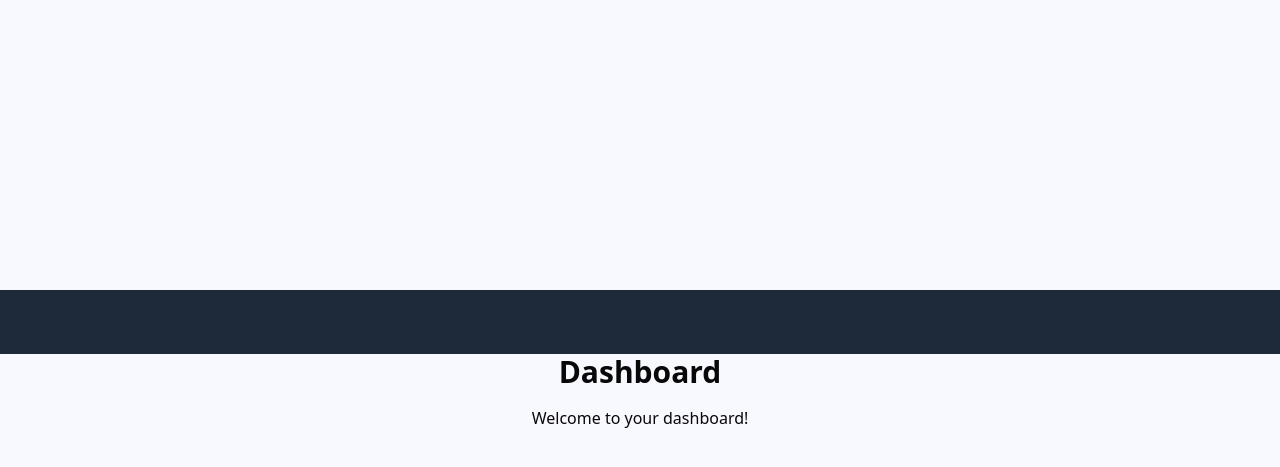
Repository: Renzo-Salosagcol/cog_tracker
Page: /dashboard
An editor plug-in stored every save of this project. The page is shown before and after the next save, followed by the edit.
The browser window is 1280 px wide. The pictures show the whole page.
The project was rebuilt for these pictures with package versions that can differ from the ones it lists, and the page was loaded fresh each time. The framework's server and built-in components were replaced by stand-ins that run in the browser. Also part of the build but not shown: next.config.ts.

Above is the page before, as saved 2025-12-23 21:22:24.

### app/layout.tsx
import type { Metadata } from "next";
import { Geist, Geist_Mono } from "next/font/google";
import "./globals.css";

const geistSans = Geist({
  variable: "--font-geist-sans",
  subsets: ["latin"],
});

const geistMono = Geist_Mono({
  variable: "--font-geist-mono",
  subsets: ["latin"],
});

export const metadata: Metadata = {
  title: "COG Tracker",
  description: "COG tracker created to track client owned goods in a centralized and easily accessible way",
};

export default function RootLayout({
  children,
}: Readonly<{
  children: React.ReactNode;
}>) {
  return (
    <html lang="en">
      <body
        className={`${geistSans.variable} ${geistMono.variable} antialiased`}
      >
        {children}
      </body>
    </html>
  );
}

### app/dashboard/page.tsx
import { Navbar } from "@/components/navbar";

export default function DashboardPage() {
  return (
    <div className="root-page-element bg-background">
      <Navbar />
      <h1 className="text-3xl font-bold mb-4">Dashboard</h1>
      <p>Welcome to your dashboard!</p>
    </div>
  );
}

### app/globals.css
@import "tailwindcss";
@import "tw-animate-css";

@custom-variant dark (&:is(.dark *));

@theme inline {
  --radius-sm: calc(var(--radius) - 4px);
  --radius-md: calc(var(--radius) - 2px);
  --radius-lg: var(--radius);
  --radius-xl: calc(var(--radius) + 4px);
  --radius-2xl: calc(var(--radius) + 8px);
  --radius-3xl: calc(var(--radius) + 12px);
  --radius-4xl: calc(var(--radius) + 16px);
  --color-background: var(--background);
  --color-foreground: var(--foreground);
  --color-card: var(--card);
  --color-card-foreground: var(--card-foreground);
  --color-popover: var(--popover);
  --color-popover-foreground: var(--popover-foreground);
  --color-primary: var(--primary);
  --color-primary-foreground: var(--primary-foreground);
  --color-secondary: var(--secondary);
  --color-secondary-foreground: var(--secondary-foreground);
  --color-muted: var(--muted);
  --color-muted-foreground: var(--muted-foreground);
  --color-accent: var(--accent);
  --color-accent-foreground: var(--accent-foreground);
  --color-destructive: var(--destructive);
  --color-border: var(--border);
  --color-input: var(--input);
  --color-ring: var(--ring);
  --color-chart-1: var(--chart-1);
  --color-chart-2: var(--chart-2);
  --color-chart-3: var(--chart-3);
  --color-chart-4: var(--chart-4);
  --color-chart-5: var(--chart-5);
  --color-sidebar: var(--sidebar);
  --color-sidebar-foreground: var(--sidebar-foreground);
  --color-sidebar-primary: var(--sidebar-primary);
  --color-sidebar-primary-foreground: var(--sidebar-primary-foreground);
  --color-sidebar-accent: var(--sidebar-accent);
  --color-sidebar-accent-foreground: var(--sidebar-accent-foreground);
  --color-sidebar-border: var(--sidebar-border);
  --color-sidebar-ring: var(--sidebar-ring);
  --color-facebook: var(--facebook-blue);
}

:root {
  --radius: 0.625rem;
  --background: #f8f8ff; /* Ghost White */
  --foreground: #080808; /* Vampire Black */
  --card: oklch(1 0 0);
  --card-foreground: oklch(0.145 0 0);
  --popover: oklch(1 0 0);
  --popover-foreground: oklch(0.145 0 0);
  --primary: oklch(0.205 0 0);
  --primary-foreground: oklch(0.985 0 0);
  --secondary: oklch(0.97 0 0);
  --secondary-foreground: oklch(0.205 0 0);
  --muted: oklch(0.97 0 0);
  --muted-foreground: oklch(0.556 0 0);
  --accent: oklch(0.97 0 0);
  --accent-foreground: oklch(0.205 0 0);
  --destructive: oklch(0.577 0.245 27.325);
  --border: oklch(0.922 0 0);
  --input: oklch(0.922 0 0);
  --ring: oklch(0.708 0 0);
  --chart-1: oklch(0.646 0.222 41.116);
  --chart-2: oklch(0.6 0.118 184.704);
  --chart-3: oklch(0.398 0.07 227.392);
  --chart-4: oklch(0.828 0.189 84.429);
  --chart-5: oklch(0.769 0.188 70.08);
  --sidebar: oklch(0.985 0 0);
  --sidebar-foreground: oklch(0.145 0 0);
  --sidebar-primary: oklch(0.205 0 0);
  --sidebar-primary-foreground: oklch(0.985 0 0);
  --sidebar-accent: oklch(0.97 0 0);
  --sidebar-accent-foreground: oklch(0.205 0 0);
  --sidebar-border: oklch(0.922 0 0);
  --sidebar-ring: oklch(0.708 0 0);
  --facebook-blue: #0165E1;
}

.dark {
  --background: #080808; /* Vampire Black */
  --foreground: #f8f8ff; /* Ghost White */
  --card: oklch(0.205 0 0);
  --card-foreground: oklch(0.985 0 0);
  --popover: oklch(0.205 0 0);
  --popover-foreground: oklch(0.985 0 0);
  --primary: oklch(0.922 0 0);
  --primary-foreground: oklch(0.205 0 0);
  --secondary: oklch(0.269 0 0);
  --secondary-foreground: oklch(0.985 0 0);
  --muted: oklch(0.269 0 0);
  --muted-foreground: oklch(0.708 0 0);
  --accent: oklch(0.269 0 0);
  --accent-foreground: oklch(0.985 0 0);
  --destructive: oklch(0.704 0.191 22.216);
  --border: oklch(1 0 0 / 10%);
  --input: oklch(1 0 0 / 15%);
  --ring: oklch(0.556 0 0);
  --chart-1: oklch(0.488 0.243 264.376);
  --chart-2: oklch(0.696 0.17 162.48);
  --chart-3: oklch(0.769 0.188 70.08);
  --chart-4: oklch(0.627 0.265 303.9);
  --chart-5: oklch(0.645 0.246 16.439);
  --sidebar: oklch(0.205 0 0);
  --sidebar-foreground: oklch(0.985 0 0);
  --sidebar-primary: oklch(0.488 0.243 264.376);
  --sidebar-primary-foreground: oklch(0.985 0 0);
  --sidebar-accent: oklch(0.269 0 0);
  --sidebar-accent-foreground: oklch(0.985 0 0);
  --sidebar-border: oklch(1 0 0 / 10%);
  --sidebar-ring: oklch(0.556 0 0);
  --facebook-blue: #0165E1;
}

@layer base {
  * {
    @apply border-border outline-ring/50;
  }
  body {
    @apply bg-background text-foreground;
  }
}

@utility root-page-element {
  @apply min-h-screen flex flex-col items-center justify-center;
}

@utility glassmorphism {
  @apply bg-background/70 backdrop-blur-lg
}

### components/navbar.tsx
import { supabase } from "@/lib/supabase"

export const Navbar = () => {
  return (
    <nav className="w-full h-16 bg-gray-800 flex items-center px-4">
    </nav>
  )
}

After the next save:
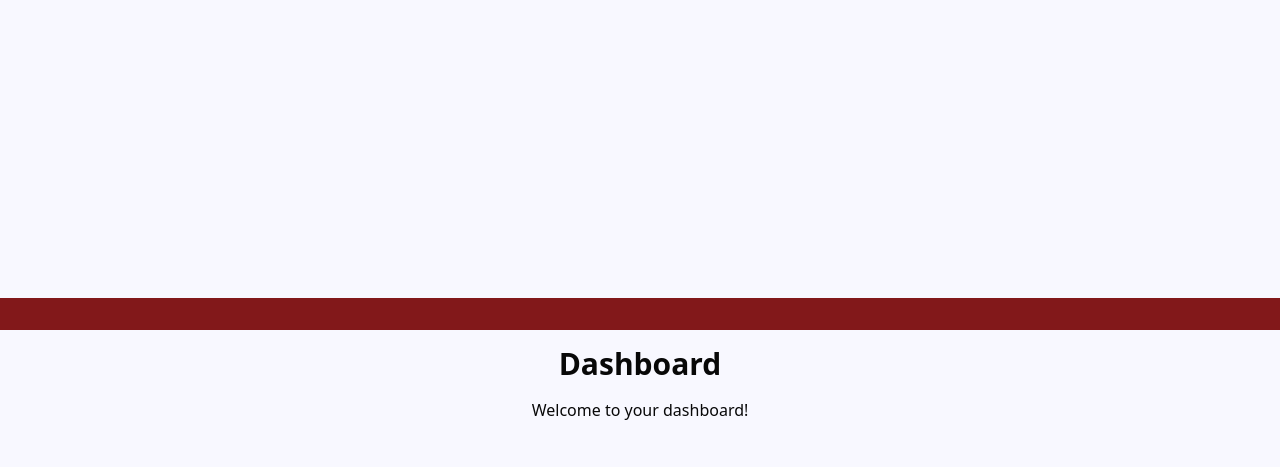
Saved 39 s later.
--- a/components/navbar.tsx
+++ b/components/navbar.tsx
@@ -2,7 +2,7 @@ import { supabase } from "@/lib/supabase"
 
 export const Navbar = () => {
   return (
-    <nav className="w-full h-16 bg-gray-800 flex items-center px-4">
+    <nav className="top-0 left-0 w-full bg-red-900 p-4 mb-4">
     </nav>
   )
 }
